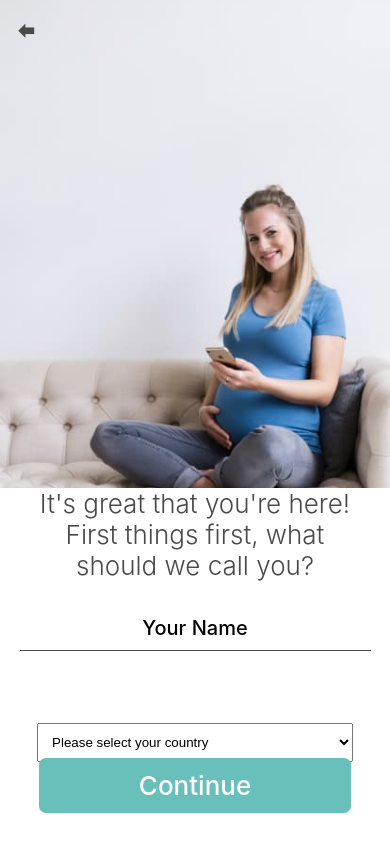
Repository: pheonixlegend/keleya
Screen: /Name
The author's editor kept a copy of each file at every save. The screen is drawn from the files as they stood at one save, then again after the next save.
The app was drawn by React Native's web renderer in a window 390 px wide. The project was rebuilt for these pictures with package versions that can differ from the ones it lists, and the page was loaded fresh each time. Also part of the build but not shown: components/ImageHeader.tsx, components/LoginSignupDetails.tsx, screens/SignUp.tsx, screens/SignIn.tsx, screens/Date.tsx, screens/Workout.tsx, screens/Success.tsx.

Above is the screen before, as saved 2021-10-10 14:24:54.

After the next save:
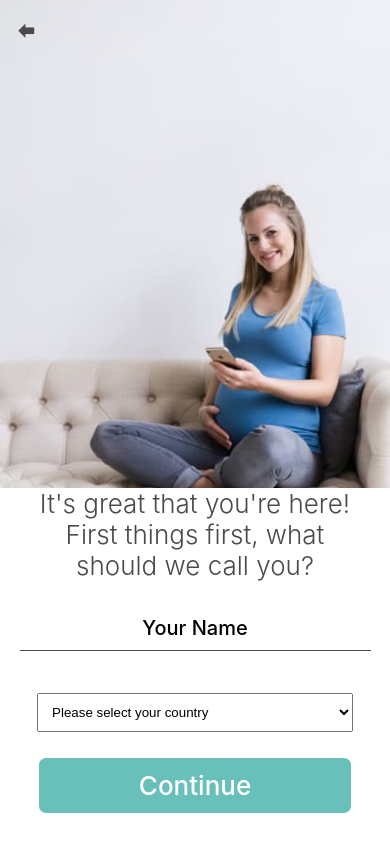
Saved 16 s later.
--- a/components/NameTimeDetails.tsx
+++ b/components/NameTimeDetails.tsx
@@ -145,7 +145,6 @@ const styles = StyleSheet.create({
   },
 
   picker: {
-    marginVertical: 30,
     width: '90%',
     padding: 10,
   }
